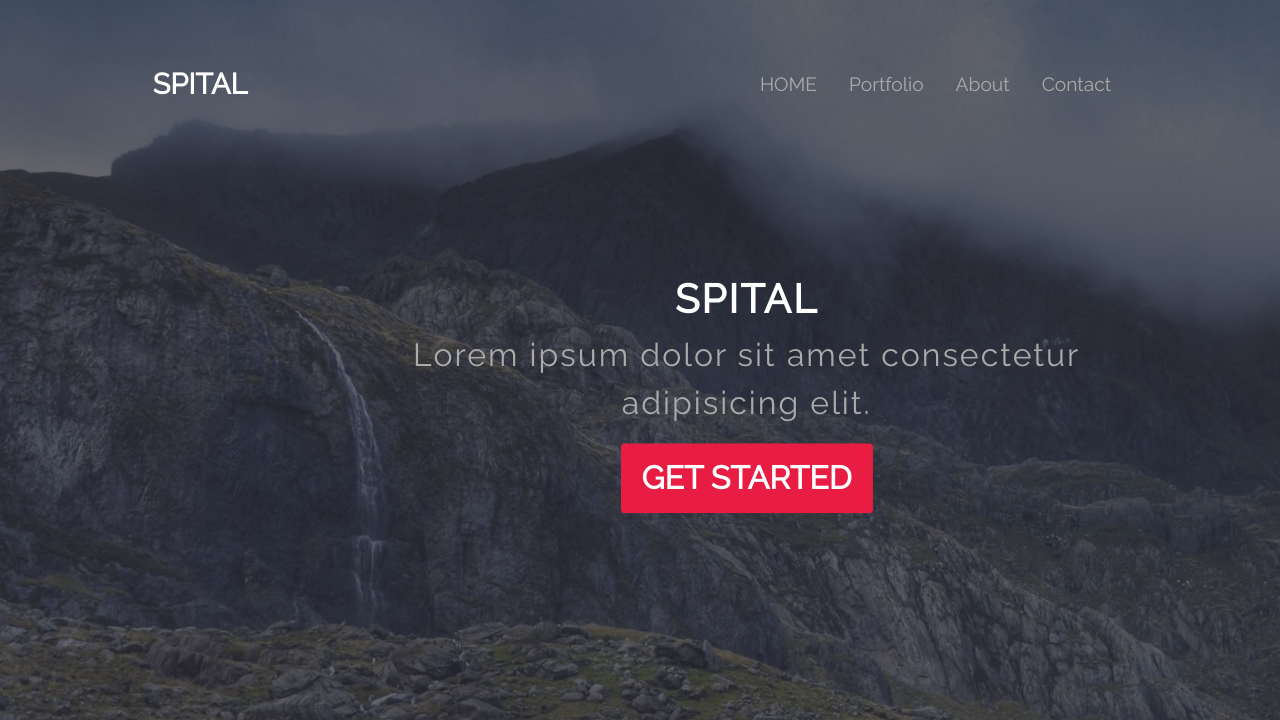
Repository: Mardoqueu/Bootstrap-4-Simple-Landing-Page
Page: index.html
These files come from the project's save history. The page is drawn as it stood at one moment and after the next save; the edit follows.
The browser window is 1280 px wide. The pictures show the whole page.

Above is the page before, as saved 2022-10-11 08:19:09.

### index.html
<!DOCTYPE html>
<html>
<head>
	<meta charset="utf-8">
	<meta name="viewreport" content="width=device-width, initial-scale=1.0">
	<title>
		html css and bootstrap 4 simple landing page
	</title>
	<link rel="stylesheet" type="text/css" href="https://stackpath.bootstrapcdn.com/bootstrap/4.3.1/css/bootstrap.min.css" />
	<link href="https://fonts.googleapis.com/css?family=Raleway&display=swap" rel="stylesheet" />
	<link rel="stylesheet" type="text/css" href="index.css" />
</head>
<body>
		<div class="container-fluid banner">
			<div class="row">
				<div class="col-md-12">
					<nav class="navbar navbar-md">
					<div class="navbar-brand">
						SPITAL
					</div>
					<ul class="nav">
						<li class="nav-item">
							<a class="nav-link" href="#">HOME</a>
						</li>
						<li class="nav-item">
							<a class="nav-link" href="#">Portfolio</a>
						</li>
						<li class="nav-item">
							<a class="nav-link" href="#">About</a>
						</li>
						<li class="nav-item">
							<a class="nav-link" href="#">Contact</a>
						</li>
					</ul>
				</nav>
				</div>
				<div class="col-md-8 offset-md-3 info">
					<h1 class="text-center">SPITAL</h1>
					<p class="text-center">
						Lorem ipsum dolor sit amet consectetur adipisicing elit.
					</p>
					<a href="#" class="btn btn-md text-center">GET STARTED</a>
				</div>
			</div>
		</div>
</body>
</html>

### index.css
body{
	margin:0;
	padding:0;
	background:#fff;
	font-family: 'Raleway',sans-serif;
	color: #fff;
}
.banner{
	height: 100vh;
	width: 100%;
	background:url('/sources/overlay.png'),url('/sources/banner.jpg');
	background-position: top;
	background-size:cover;
	/*background-attachment: fixed;*/
	background-repeat: no-repeat;
}
.banner .navbar{
	margin-top:4%;
}
.banner .navbar-brand{
	color: #fff;
	font-size:1.8em;
	font-weight: 700;
	margin-left: 10%;
}
.banner .nav{
	margin-right:10%;
}
.banner .nav li a{
	color:#aaa;
	font-size: 1.2em;
}
.banner .info{
	margin-top:15%;
	transform: translateY(-15%);
}
.banner .info h1{
	font-size: 2.5em;
	font-weight: 700;
	color: #fff;
	letter-spacing: 2px;
}
.banner .info p{
	font-size: 2em;
	font-weight: 500;
	color: #aaa;
	letter-spacing: 2px;
}
.banner .info a{
	margin-left:50%;
	transform: translateX(-50%);
	color: #fff;
	background: #e91d43;
	padding:10px 20px;
	font-size: 2em;
	font-weight: 600;
}
.banner .info a:hover{
	background: #e91e63;
}

After the next save:
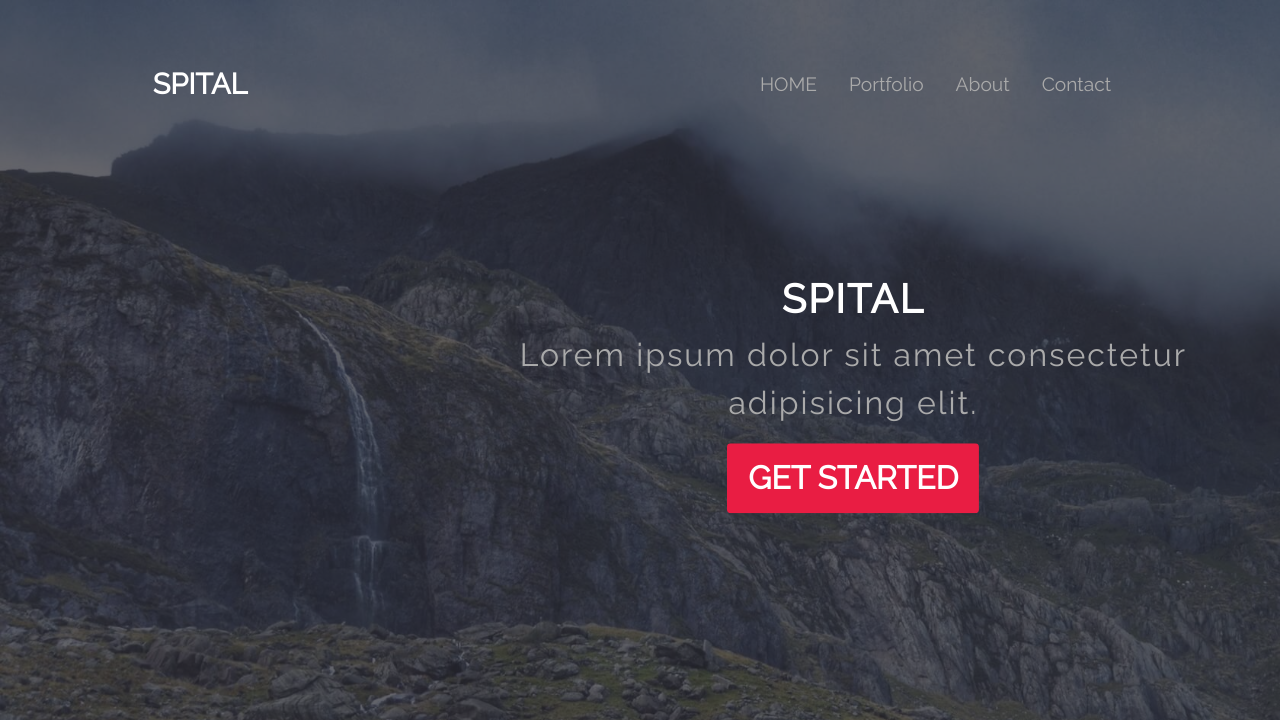
Saved 110 s later.
--- a/index.html
+++ b/index.html
@@ -34,7 +34,7 @@
 					</ul>
 				</nav>
 				</div>
-				<div class="col-md-8 offset-md-3 info">
+				<div class="col-md-8 offset-md-4 info">
 					<h1 class="text-center">SPITAL</h1>
 					<p class="text-center">
 						Lorem ipsum dolor sit amet consectetur adipisicing elit.
